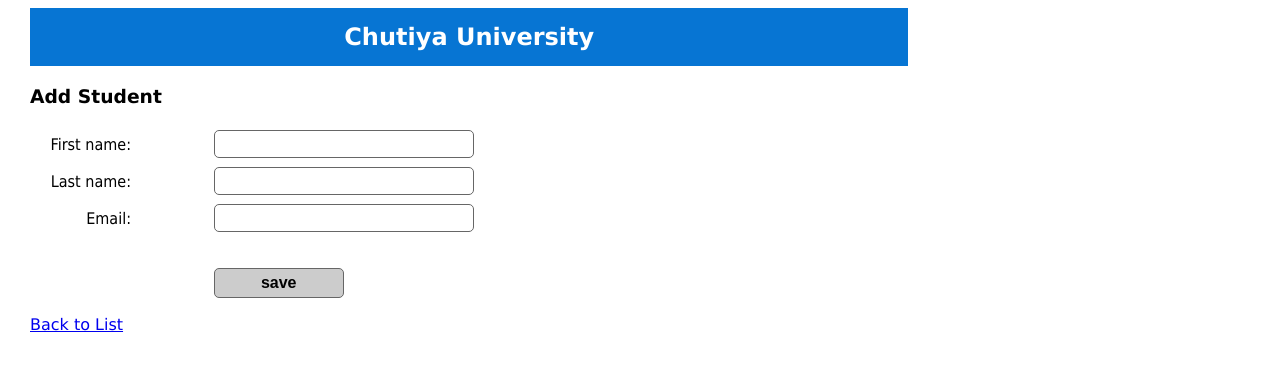
Repository: shafa45/JSP-SERVLET-JDBC-Tutorial
Page: http://localhost/web-student-tracker/add-student-form.jsp
The author's editor kept a copy of each file at every save. The page is drawn from the files as they stood at one save, then again after the next save.
The browser window is 1280 px wide. The pictures show the whole page.
The page is served by Tomcat 9. Nobody is signed in. The application's start-up code is not run. Other server files are loaded and not shown.

Above is the page before, as saved 2022-11-25 15:37:33.

### web-student-tracker/WebContent/add-student-form.jsp
<!DOCTYPE html>
<html>

<head>
	<title>Add Student</title>

	<link type="text/css" rel="stylesheet" href="css/style.css" />
	<link type="text/css" rel="stylesheet" href="css/add-student-style.css" />
</head>

<body>
	<div id = "wrapper">
		<div id= "header">
			<h2>Chutiya University</h2>
		</div>
	</div>

	<div id="container">
		<h3>Add Student</h3>

		<form action="StudentControllerServlet" method="GET">
			<input type="hidden" name="command" value="ADD" />
			<table>
				<tbody>
					<tr>
						<td><label>First name:</label></td>
						<td><input type="text" name = 'firstName'/></td>
					</tr>

					<tr>
						<td><label>Last name:</label></td>
						<td><input type="text" name = 'lastName'/></td>
					</tr>

					<tr>
						<td><label>Email:</label></td>
						<td><input type="text" name = 'email'/></td>
					</tr>
				</tbody>

				<tr>
						<td><label></label></td>
						<td><input type="submit" value = 'save' class="save"/></td>
					</tr>
			</table>
		</form>

		<div style="clear: both;">
			<p>
				<a href='StudentControllerServlet'>Back to List</a>
			</p>
		</div>
	</div>

</body>


</html>

### web-student-tracker/WebContent/css/style.css
html, body{
	margin-left:15px; margin-right:15px;
	padding:0px;
	font-family:Verdana, Arial, Helvetica, sans-serif;
}

table {
	border-collapse:collapse;
	border-bottom:1px solid gray;
	font-family: Tahoma,Verdana,Segoe,sans-serif;
	width:72%;
}

th {
	border-bottom:1px solid gray;
	background:none repeat scroll 0 0 #0775d3;
	padding:10px;
	color: #FFFFFF;
}

tr {
	border-top:1px solid gray;
	text-align:center;
}

tr:nth-child(even) {background: #FFFFFF}
tr:nth-child(odd) {background: #BBBBBB}

#wrapper {width: 100%; margin-top: 0px; margin-bottom: 20px; }
#header {width: 72%; background: #0775d3; margin-top: 0px; padding:15px 0px 15px 0px; text-align:center;}
#header h2 {width: 100%; margin:auto; color: #FFFFFF;}
#container {width: 100%; margin:auto}
#container h3 {color: #000;}
#container #content {margin-top: 20px;}

.add-student-button {
	border: 1px solid #666;
	border-radius: 5px;
	padding: 4px;
	font-size: 12px;
	font-weight: bold;
	width: 120px;
	padding: 5px 10px;

	margin-bottom: 15px;
	background: #cccccc;
}

Loaded but not shown: web-student-tracker/WebContent/css/add-student-style.css (common file)

After the next save:
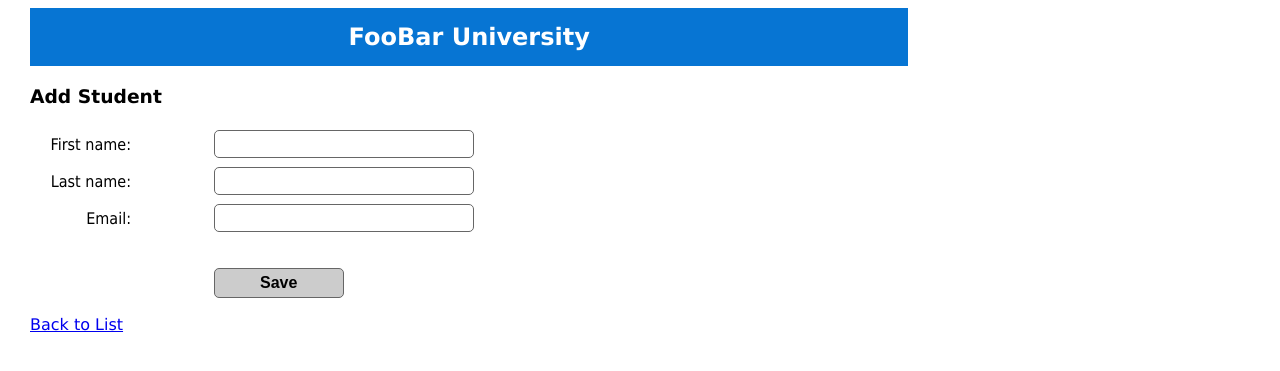
Saved 2 h 36 min later.
--- a/web-student-tracker/WebContent/add-student-form.jsp
+++ b/web-student-tracker/WebContent/add-student-form.jsp
@@ -4,14 +4,14 @@
 <head>
 	<title>Add Student</title>
 
-	<link type="text/css" rel="stylesheet" href="css/style.css" />
-	<link type="text/css" rel="stylesheet" href="css/add-student-style.css" />
+	<link type="text/css" rel="stylesheet" href="css/style.css">
+	<link type="text/css" rel="stylesheet" href="css/add-student-style.css">
 </head>
 
 <body>
-	<div id = "wrapper">
-		<div id= "header">
-			<h2>Chutiya University</h2>
+	<div id="wrapper">
+		<div id="header">
+			<h2>FooBar University</h2>
 		</div>
 	</div>
 
@@ -19,40 +19,41 @@
 		<h3>Add Student</h3>
 
 		<form action="StudentControllerServlet" method="GET">
+
 			<input type="hidden" name="command" value="ADD" />
+
 			<table>
 				<tbody>
 					<tr>
 						<td><label>First name:</label></td>
-						<td><input type="text" name = 'firstName'/></td>
+						<td><input type="text" name="firstName" /></td>
 					</tr>
 
 					<tr>
 						<td><label>Last name:</label></td>
-						<td><input type="text" name = 'lastName'/></td>
+						<td><input type="text" name="lastName" /></td>
 					</tr>
 
 					<tr>
 						<td><label>Email:</label></td>
-						<td><input type="text" name = 'email'/></td>
+						<td><input type="text" name="email" /></td>
 					</tr>
+
+					<tr>
+						<td><label></label></td>
+						<td><input type="submit" value="Save" class="save" /></td>
+					</tr>
+
 				</tbody>
-
-				<tr>
-						<td><label></label></td>
-						<td><input type="submit" value = 'save' class="save"/></td>
-					</tr>
 			</table>
 		</form>
 
-		<div style="clear: both;">
-			<p>
-				<a href='StudentControllerServlet'>Back to List</a>
-			</p>
-		</div>
+		<div style="clear: both;"></div>
+
+		<p>
+			<a href="StudentControllerServlet">Back to List</a>
+		</p>
 	</div>
-
 </body>
 
-
 </html>
